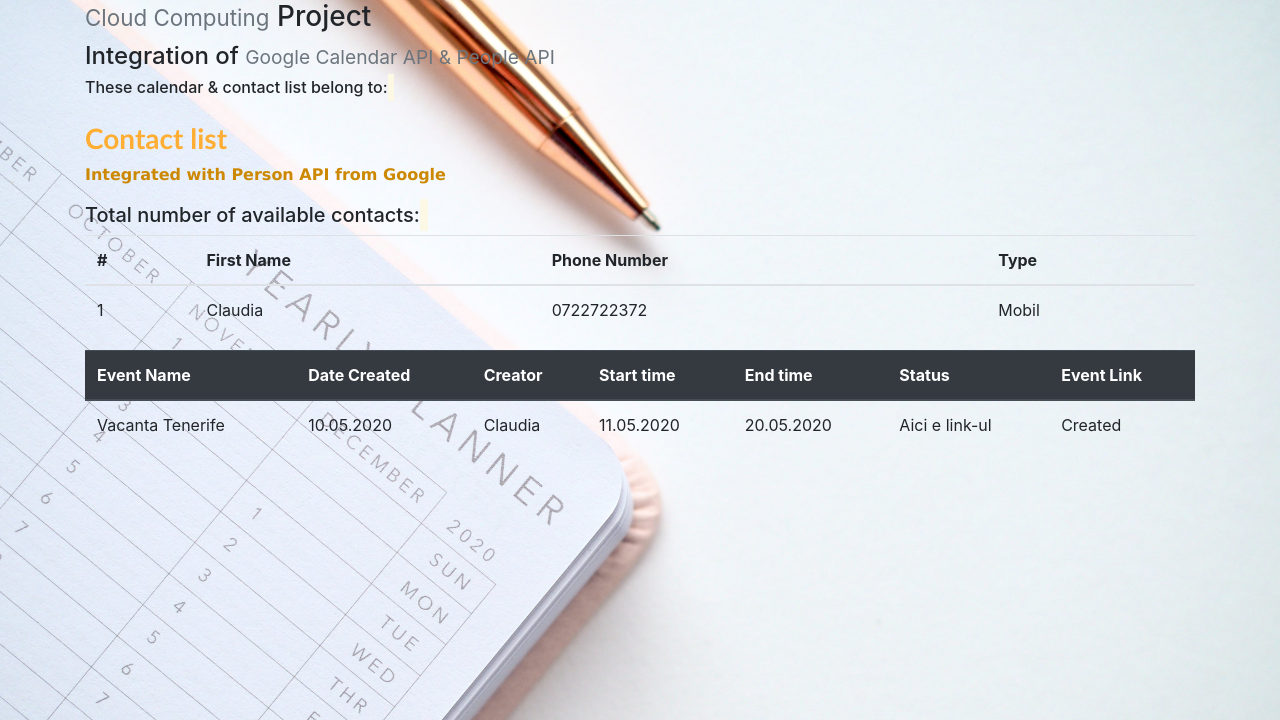
Repository: ClaudiaGheorghe97/cloudcomputing
Page: frontend1/index.html
The author's editor kept a record of every edit. The page is drawn from the files as they stood at one moment, then again after the next edit.
The browser window is 1280 px wide. The pictures show the whole page.

Above is the page before.

### frontend1/index.html
<!DOCTYPE html>
<html>
  <head>

    <!--Bootstrap -->
    <link rel="stylesheet" href="https://stackpath.bootstrapcdn.com/bootstrap/4.4.1/css/bootstrap.min.css" integrity="sha384-Vkoo8x4CGsO3+Hhxv8T/Q5PaXtkKtu6ug5TOeNV6gBiFeWPGFN9MuhOf23Q9Ifjh" crossorigin="anonymous" />
    <!--Bootstrap Scripts -->
    <script src="https://code.jquery.com/jquery-3.4.1.slim.min.js" integrity="sha384-J6qa4849blE2+poT4WnyKhv5vZF5SrPo0iEjwBvKU7imGFAV0wwj1yYfoRSJoZ+n" crossorigin="anonymous"></script>
    <script src="https://cdn.jsdelivr.net/npm/popper.js@1.16.0/dist/umd/popper.min.js" integrity="sha384-Q6E9RHvbIyZFJoft+2mJbHaEWldlvI9IOYy5n3zV9zzTtmI3UksdQRVvoxMfooAo" crossorigin="anonymous"></script>
    <script src="https://stackpath.bootstrapcdn.com/bootstrap/4.4.1/js/bootstrap.min.js" integrity="sha384-wfSDF2E50Y2D1uUdj0O3uMBJnjuUD4Ih7YwaYd1iqfktj0Uod8GCExl3Og8ifwB6" crossorigin="anonymous"></script>
    <link rel="stylesheet" type="text/css" href="index.css">
    <title>Project CC GCS</title>
    <meta charset="utf-8" />
    <script src="https://ajax.googleapis.com/ajax/libs/jquery/3.5.1/jquery.min.js"></script>
  </head>
 <style>
body {
  background-image: url('background1.jpg');
  background-repeat: no-repeat;
  background-attachment: fixed;
  background-size: cover;
}
</style>
  <div class = "container">

  <body>


    <h3>
    <small class="text-muted">Cloud Computing</small>
    Project
    </h3>
    <h4>
      Integration of
      <small class ="text-muted"> Google Calendar API & People API </small>
    </h4>
    <h6>These calendar & contact list belong to: <mark id="h5"></mark></h6>
    <!--Add buttons to initiate auth sequence and sign out-->
    <button id="authorize_button" style="display: none;">Authorize</button>
    <button id="signout_button" style="display: none;">Sign Out</button>

    <pre id="content" style="white-space: pre-wrap;"></pre>
    <h3 class="detail">Contact list</h3>
    <p class="apidetail"> Integrated with Person API from Google</p>
    <h5>Total number of available contacts:<mark id="contactnumber"></mark> </h5>

    <table id="tabelContacte" class="table">
        <thead class="table table-striped">
      <tr>
        <th>#</th>
        <th>First Name</th>
        <th>Phone Number</th>
        <th>Type</th>
      </tr>
      <tr>
        <td>1</td>
        <td>Claudia</td>
        <td>0722722372</td>
        <td>Mobil</td>
      </tr>
      </thead>
    </table>

    <table id="tabel" class="table">
        <thead class="thead-dark">
      <tr>
        <th>Event Name</th>
        <th>Date Created</th>
        <th>Creator</th>
        <th>Start time</th>
        <th>End time</th>
        <th>Status</th>
        <th>Event Link</th>
      </tr>
      <tr>
        <td>Vacanta Tenerife</td>
        <td>10.05.2020</td>
        <td>Claudia</td>
        <td>11.05.2020</td>
        <td>20.05.2020</td>
        <td>Aici e link-ul</td>
        <td>Created</td>
      </tr>
      </thead>
    </table>

    <a id ="link">  </a>

    <script type="text/javascript">
      // Client ID and API key from the Developer Console
      var CLIENT_ID = '392338611851-mdkupajl9njdpfvvgv7q5v85nelq35pg.apps.googleusercontent.com';
      var API_KEY = 'AIzaSyDoV2S5z-5YXDKtrURunY0XpRwiKytx-N4';

      // Array of API discovery doc URLs for APIs used by the quickstart
      var DISCOVERY_DOCS = ["https://www.googleapis.com/discovery/v1/apis/calendar/v3/rest"];

      // Authorization scopes required by the API; multiple scopes can be
      // included, separated by spaces.
      var SCOPES = "https://www.googleapis.com/auth/calendar.readonly";


    // Second API
     // Client ID and API key from the Developer Console
      var CLIENT_ID1 = '392338611851-069rdkebjo635ca181ufr881pvcpmh2h.apps.googleusercontent.com';
      var API_KEY1 = 'AIzaSyDvBFEdc8CFMrrtExzjWlaxsr_0ShhdGFM';

      // Array of API discovery doc URLs for APIs used by the quickstart
      var DISCOVERY_DOCS1 = ["https://www.googleapis.com/discovery/v1/apis/people/v1/rest"];

      // Authorization scopes required by the API; multiple scopes can be
      // included, separated by spaces.
      var SCOPES1 = "https://www.googleapis.com/auth/contacts.readonly";
    //End Second API

      var authorizeButton = document.getElementById('authorize_button');
      var signoutButton = document.getElementById('signout_button');

      /**
       *  On load, called to load the auth2 library and API client library.
       */
      function handleClientLoad() {
        gapi.load('client:auth2', initClient);
      }


      //SECOND API

      function handleClientLoad1() {
        gapi.load('client:auth2', initClient1);
      }
      /**
       *  Initializes the API client library and sets up sign-in state
       *  listeners.
       */
      function initClient() {
        gapi.client.init({
          apiKey: API_KEY,
          clientId: CLIENT_ID,
          discoveryDocs: DISCOVERY_DOCS,
          scope: SCOPES
        }).then(function () {
          // Listen for sign-in state changes.
          gapi.auth2.getAuthInstance().isSignedIn.listen(updateSigninStatus);

          // Handle the initial sign-in state.
          updateSigninStatus(gapi.auth2.getAuthInstance().isSignedIn.get());
          authorizeButton.onclick = handleAuthClick;
          signoutButton.onclick = handleSignoutClick;
        }, function(error) {
          appendPre(JSON.stringify(error, null, 2));
        });
      }



      //SECOND API

      function initClient1() {
        gapi.client.init({
          apiKey: API_KEY1,
          clientId: CLIENT_ID1,
          discoveryDocs: DISCOVERY_DOCS1,
          scope: SCOPES1
        }).then(function () {
          // Listen for sign-in state changes.
          gapi.auth2.getAuthInstance().isSignedIn.listen(updateSigninStatus);

          // Handle the initial sign-in state.
          updateSigninStatus(gapi.auth2.getAuthInstance().isSignedIn.get());
          authorizeButton.onclick = handleAuthClick;
          signoutButton.onclick = handleSignoutClick;
        }, function(error) {
          appendPre(JSON.stringify(error, null, 2));
        });
      }





      /**
       *  Called when the signed in status changes, to update the UI
       *  appropriately. After a sign-in, the API is called.
       */
      function updateSigninStatus(isSignedIn) {
        if (isSignedIn) {
          authorizeButton.style.display = 'none';
          signoutButton.style.display = 'block';
          listUpcomingEvents();
          listConnectionNames();
        } else {
          authorizeButton.style.display = 'block';
          signoutButton.style.display = 'none';

        }
      }

      /**
       *  Sign in the user upon button click.
       */
      function handleAuthClick(event) {
        gapi.auth2.getAuthInstance().signIn();
      }

      /**
       *  Sign out the user upon button click.
       */
      function handleSignoutClick(event) {
        gapi.auth2.getAuthInstance().signOut();
      }

      /**
       * Append a pre element to the body containing the given message
       * as its text node. Used to display the results of the API call.
       *
       * @param {string} message Text to be placed in pre element.
       */
      function appendPre(message) {
        var pre = document.getElementById('content');
        var textContent = document.createTextNode(message + '\n');
        pre.appendChild(textContent);
      }

      /**
       * Print the summary and start datetime/date of the next ten events in
       * the authorized user's calendar. If no events are found an
       * appropriate message is printed.
       */

      function listUpcomingEvents() {
        gapi.client.calendar.events.list({
          'calendarId': 'primary',
          'timeMin': (new Date()).toISOString(),
          'showDeleted': false,
          'singleEvents': true,
          'maxResults': 10,
          'orderBy': 'startTime'
        }).then(function(response) {
          console.log(response);
          var events = response.result.items;


          if (events.length > 0) {
            for (i = 0; i < events.length; i++) {
              var event = events[i];
              var when = event.start.dateTime;
              if (!when) {
                when = event.start.date;
              }
              $('#tabel tr:last').after('<tr><td><b>'+event.summary+'</b></td><td>'+event.created+'</td><td>'+event.creator.email+'</td><td>'+event.start.dateTime+'</td><td>'+event.end.dateTime+'</td><td>'+event.status+'</td><td><a href="'+event.htmlLink+'">link</a></td></tr>');
              $("#h1").html('Calendarul utilizatorului cu adresa: ' + event.creator.email);
              $("#link").attr("href", event.htmlLink);
              $("#h5").html(event.creator.email);


            }
          } else {
            appendPre('No upcoming events found.');
          }
        });
      }
      function startest(){
        handleClientLoad1();
        handleClientLoad();
      }

      function listConnectionNames() {
        gapi.client.people.people.connections.list({
           'resourceName': 'people/me',
           'pageSize': 10,
           'personFields': 'names,emailAddresses,phoneNumbers',
         }).then(function(response) {
           console.log(response);
           var connections = response.result.connections;
            if (connections.length > 0) {
             for (i = 0; i < connections.length; i++) {
               var person = connections[i];
               if (person.names && person.names.length > 0) {
                 //appendPre(person.names[0].displayName);
               }

               else {
                 appendPre("No display name found for connection.");
               }

               $('#tabelContacte tr:last').after('<tr><td>'+i+'</td><td><b>'+person.names[0].givenName+'</b></td><td>'+person.phoneNumbers[0].canonicalForm+'</td><td>'+person.phoneNumbers[0].type+'</td></tr>');
               $("#contactnumber").html(response.result.totalPeople);

             }
           } else {
             appendPre('No connections found.');
           }
         });
      }

    </script>

    <script async defer src="https://apis.google.com/js/api.js"
      onload="this.onload=function(){};startest()"
      onreadystatechange="if (this.readyState === 'complete') this.onload()">
    </script>
    </body>
  </div>
</html>

### frontend1/index.css
h3.detail { color:#ffad33;font-weight:bold;font-family:Calibri;font-size:25 }
p.apidetail{color:#cc8800;font-weight: bold; font-family: Verdana; font-size:15}
p.calendarevents { color:#ffad33;font-weight:bold;font-family:Calibri;font-size:25 }

After the next edit:
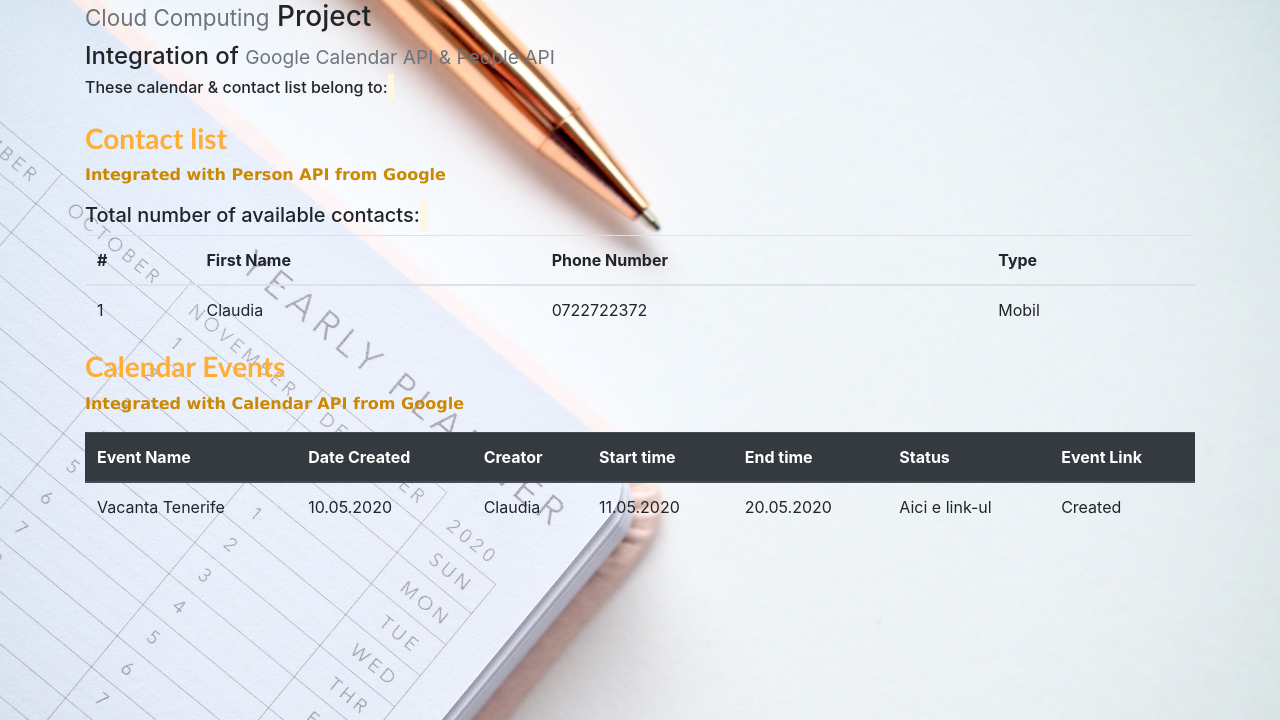
The edit:
--- a/frontend1/index.html
+++ b/frontend1/index.html
@@ -60,6 +60,10 @@
       </tr>
       </thead>
     </table>
+
+    <h3 class="detail">Calendar Events</h3>
+    <p class="apidetail"> Integrated with Calendar API from Google</p>
+
 
     <table id="tabel" class="table">
         <thead class="thead-dark">
